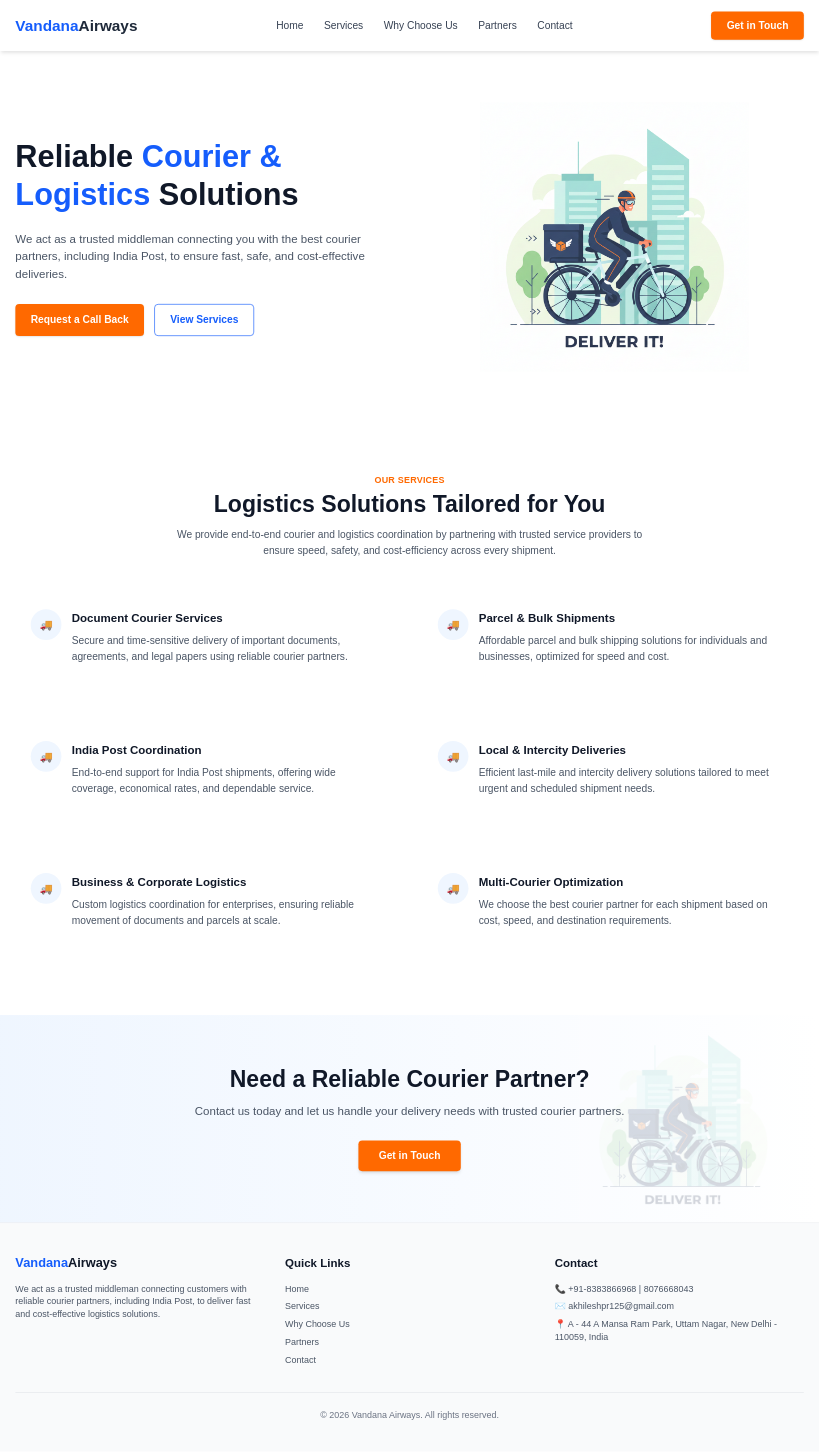
Repository: Rohit-foryou/Courier-Portfolio
Page: /
The author's editor kept a copy of each file at every save. The page is drawn from the files as they stood at one save, then again after the next save.
The browser window is 1280 px wide. The pictures show the whole page, at 64% of full size.
The project was rebuilt for these pictures with package versions that can differ from the ones it lists, and the page was loaded fresh each time. The framework's server and built-in components were replaced by stand-ins that run in the browser. Also part of the build but not shown: next.config.ts.

Above is the page before, as saved 2026-02-09 22:45:52.

After the next save:
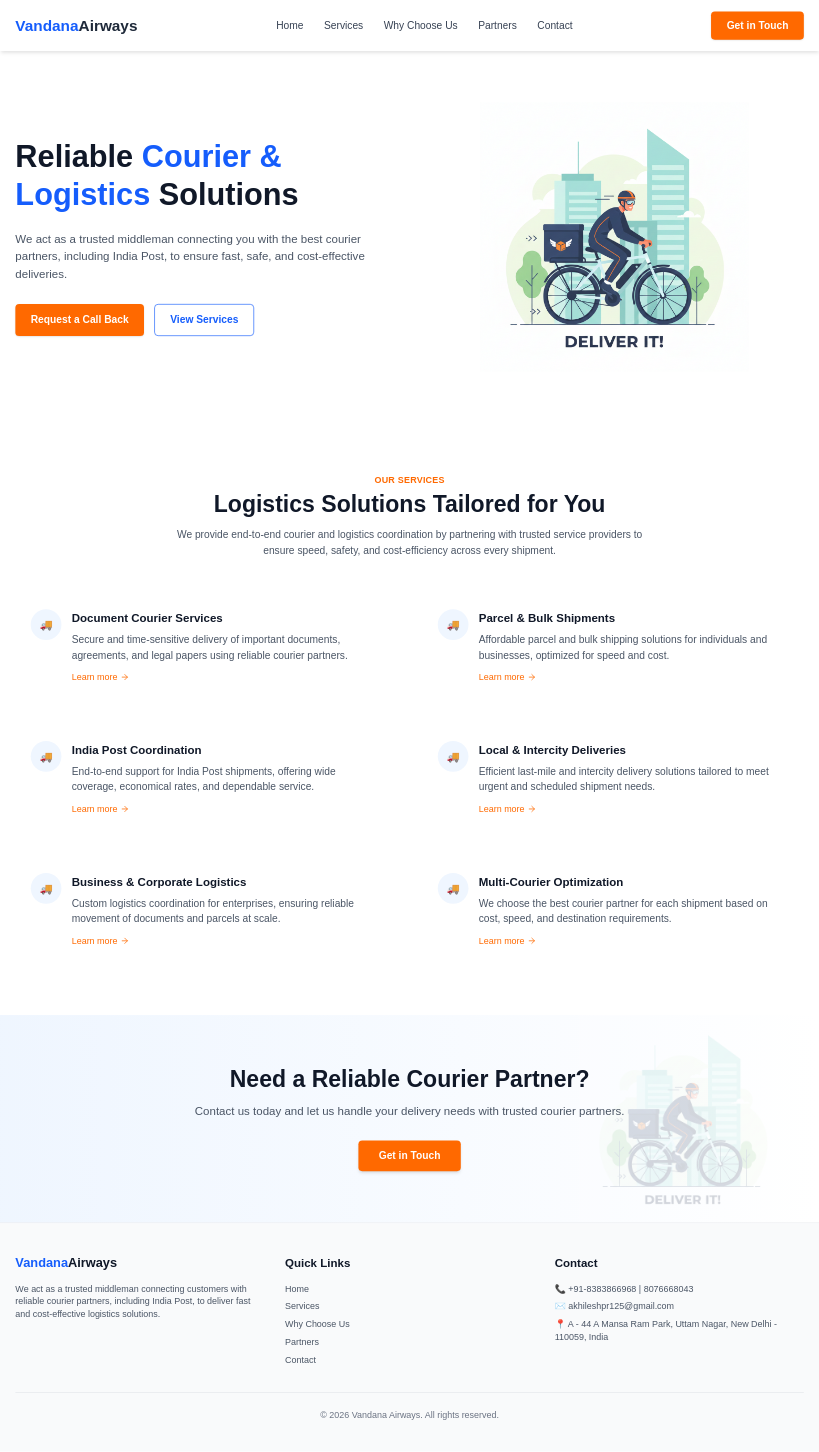
Saved 18 s later.
--- a/components/ServiceCard.tsx
+++ b/components/ServiceCard.tsx
@@ -1,9 +1,5 @@
+import Link from "next/link";
 import { ArrowRight } from "lucide-react";
-
-type ServiceCardProps = {
-  title: string;
-  description: string;
-};
 
 export default function ServiceCard({ title, description }: ServiceCardProps) {
   return (
@@ -22,14 +18,16 @@
           {title}
         </h3>
 
-        <p className="mt-2 text-gray-600 leading-relaxed">
+        <p className="mt-2 text-gray-600">
           {description}
         </p>
 
-        {/* Arrow */}
-        <div className="mt-3 text-orange-500 opacity-0 group-hover:opacity-100 transition">
-          <ArrowRight size={18} />
-        </div>
+        <Link
+          href="/services"
+          className="inline-flex items-center gap-1 mt-3 text-sm font-medium text-orange-500 hover:gap-2 transition-all"
+        >
+          Learn more <ArrowRight size={14} />
+        </Link>
       </div>
     </div>
   );
